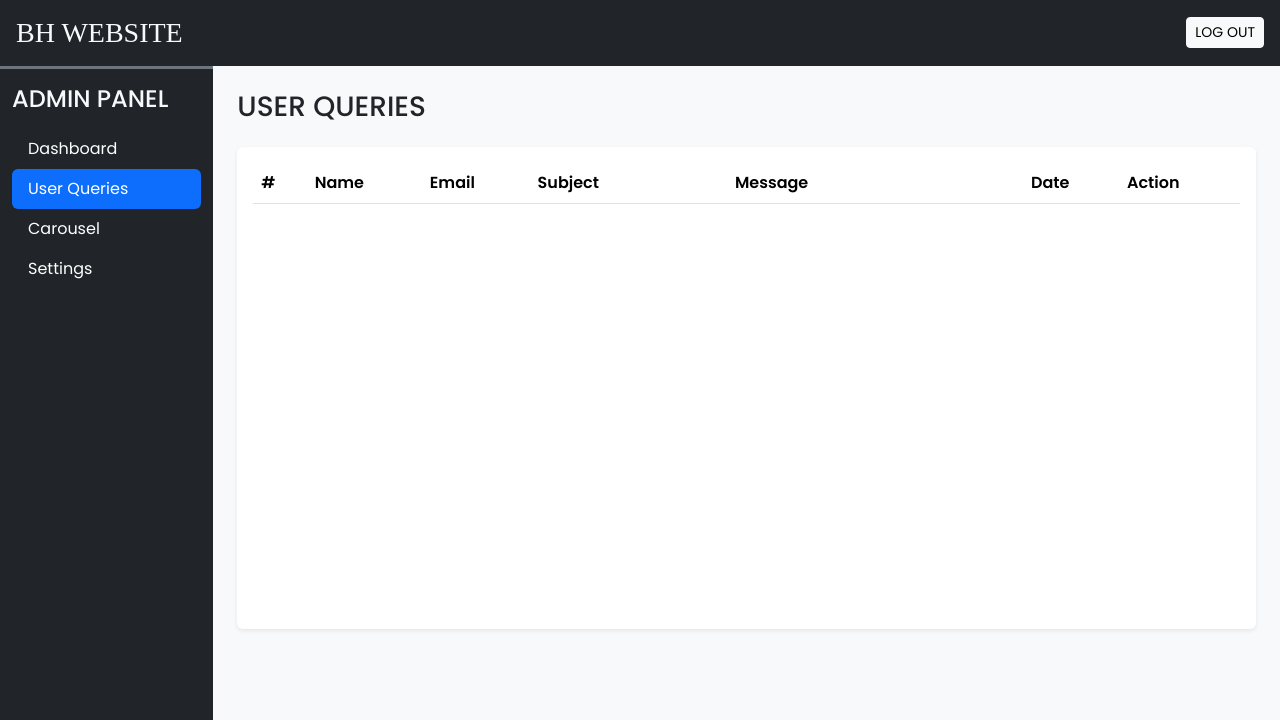
Repository: ntruong0906/desktop-tutorial
Page: http://localhost/hbwebsite/WebsiteBookingHotel/admin/user_queries.php
These files come from the project's save history. The page is drawn as it stood at one moment and after the next save; the edit follows.
The browser window is 1280 px wide. The pictures show the whole page.
Some web fonts or font styles are not loaded; a fallback is used. The page is run by PHP 8.4 with error messages shown; the project is at /var/www/html/. The session is filled in as if someone had signed in: {"adminLogin": true, "adminId": 1}. Queries for data that is not in the repository find no rows.

Above is the page before, as saved 2024-05-07 21:46:38.

After the next save:
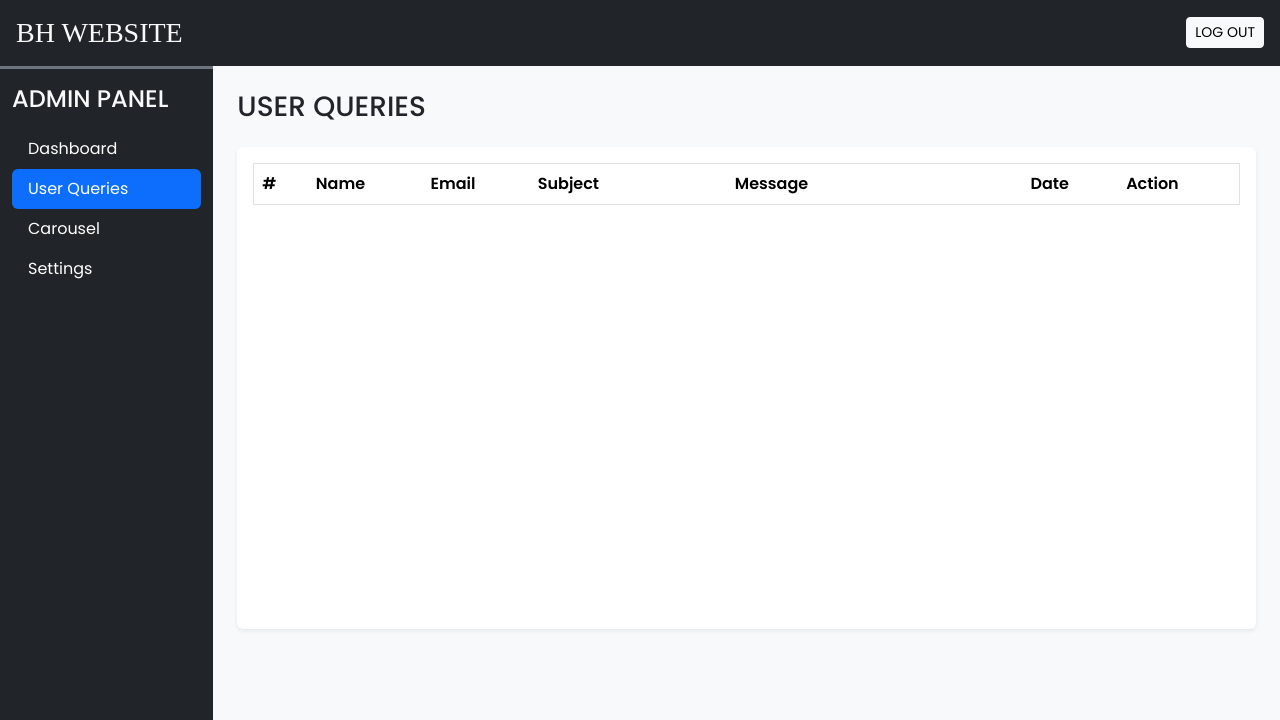
Saved 114 s later.
--- a/WebsiteBookingHotel/admin/user_queries.php
+++ b/WebsiteBookingHotel/admin/user_queries.php
@@ -73,7 +73,7 @@ if(isset($_GET['del']))
                 <div class="card border-0 shadow-sm mb-4">
                     <div class="card-body">
                         <div class="table-responsive-md " style="height: 450px; overflow-y: scroll; ">
-                            <table class="table table-hover">
+                            <table class="table table-hover border">
                                 <thead class="sticky-top">
                                     <tr class="bg-dark text-light">
                                         <th scope="col">#</th>
